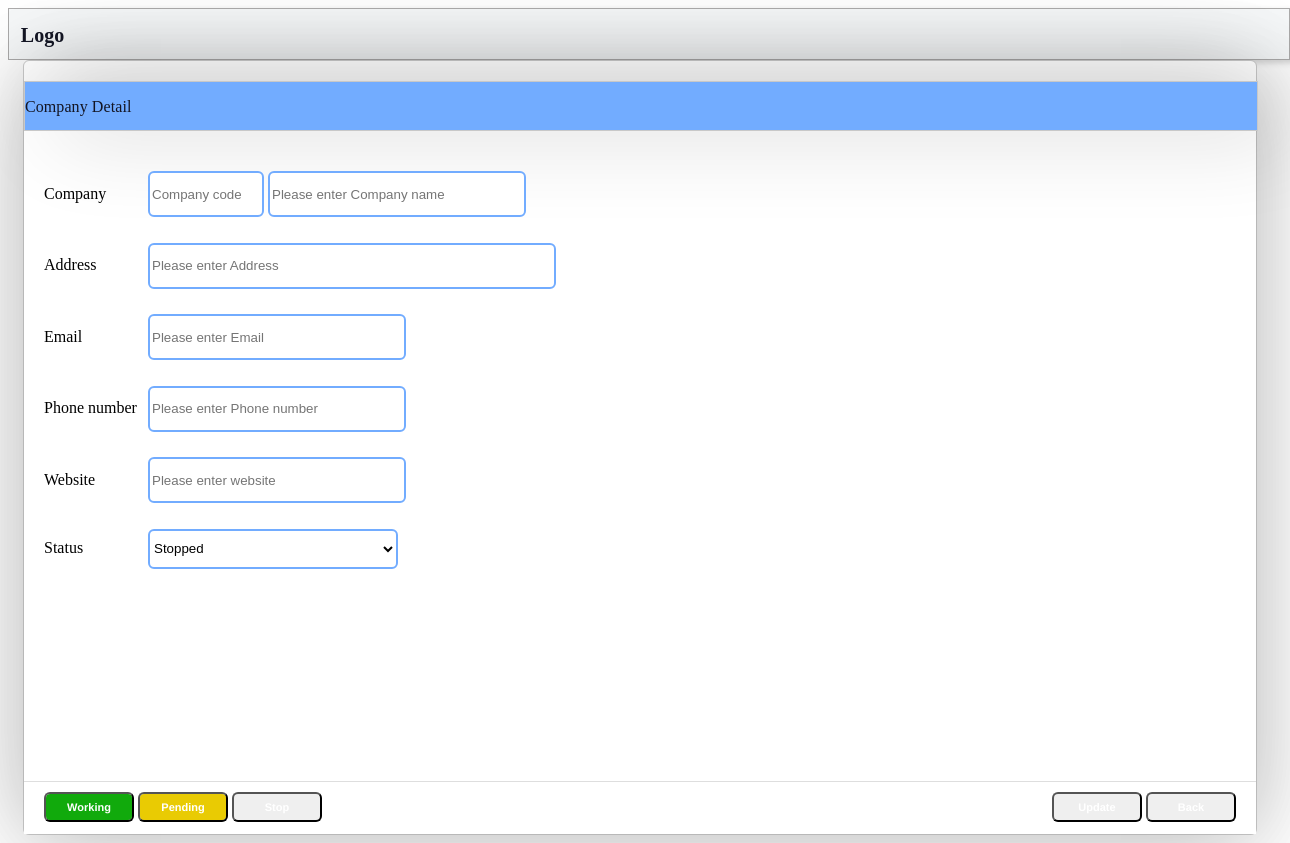
Repository: Zain1409/company
Page: client/html/CompanyDetail.html
An editor plug-in stored every save of this project. The page is shown before and after the next save, followed by the edit.
The browser window is 1280 px wide. The page is 1290 px wide, so the pictures cover 1290 px, including what lies to the right of the window. The pictures show the whole page.

Above is the page before, as saved 2021-04-04 21:43:49.

After the next save:
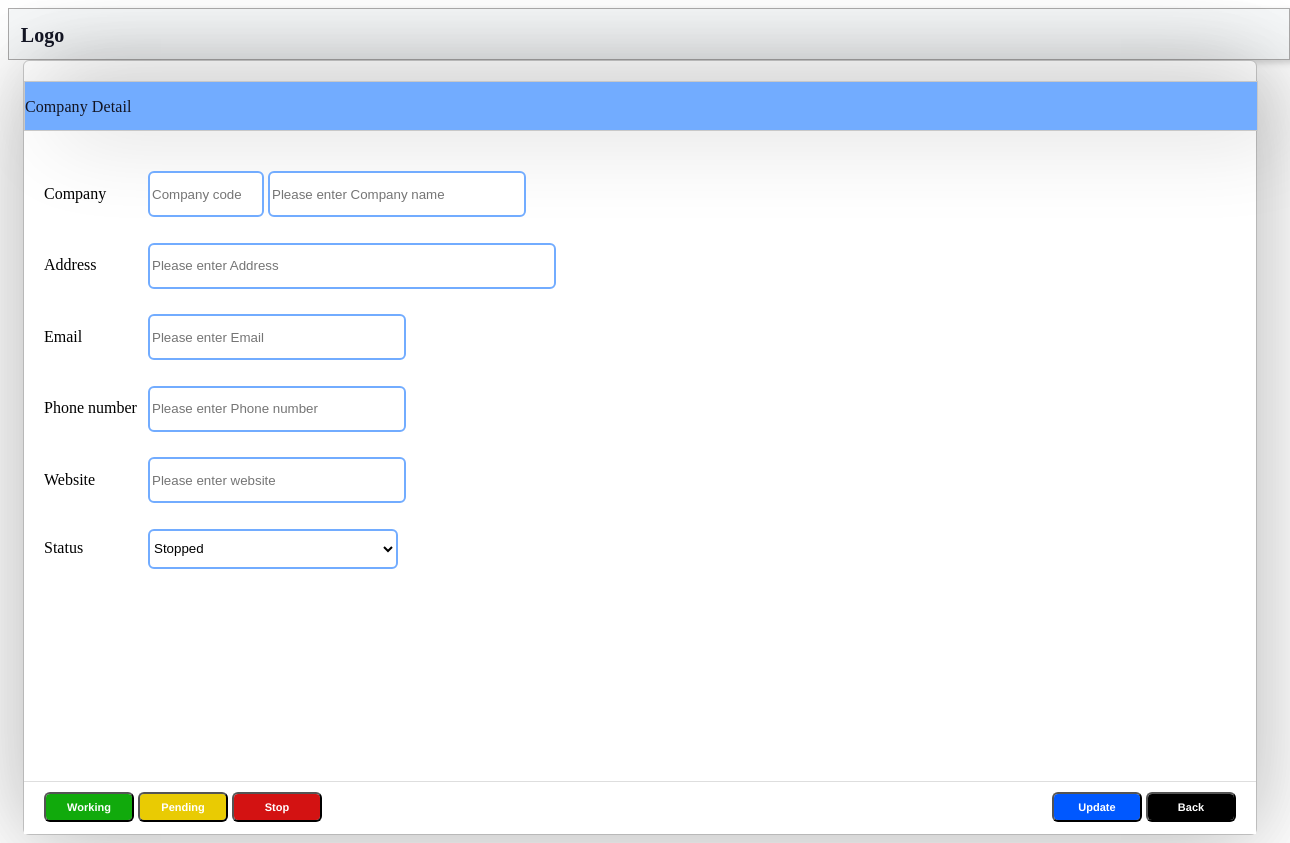
Saved 45 s later.
--- a/client/html/CompanyDetail.html
+++ b/client/html/CompanyDetail.html
@@ -45,11 +45,12 @@
                     <button style="background: #11AA0C 0% 0% no-repeat padding-box;
                     border-radius: 6px;">Working</button>
                     <button style="background: #E9CB03 0% 0% no-repeat padding-box;">Pending</button>
-                    <button>Stop</button>
+                    <button style="background: #D31212 0% 0% no-repeat padding-box;">Stop</button>
                 </div>
                 <div id="button_right">
-                    <button>Update</button>
-                    <button>Back</button>
+                    <button style="background: #0058FF 0% 0% no-repeat padding-box;">Update</button>
+                    <button style="background: var(--unnamed-color-000000) 0% 0% no-repeat padding-box;
+                    background: #000000 0% 0% no-repeat padding-box;">Back</button>
                 </div>
             </div>
         </div>
